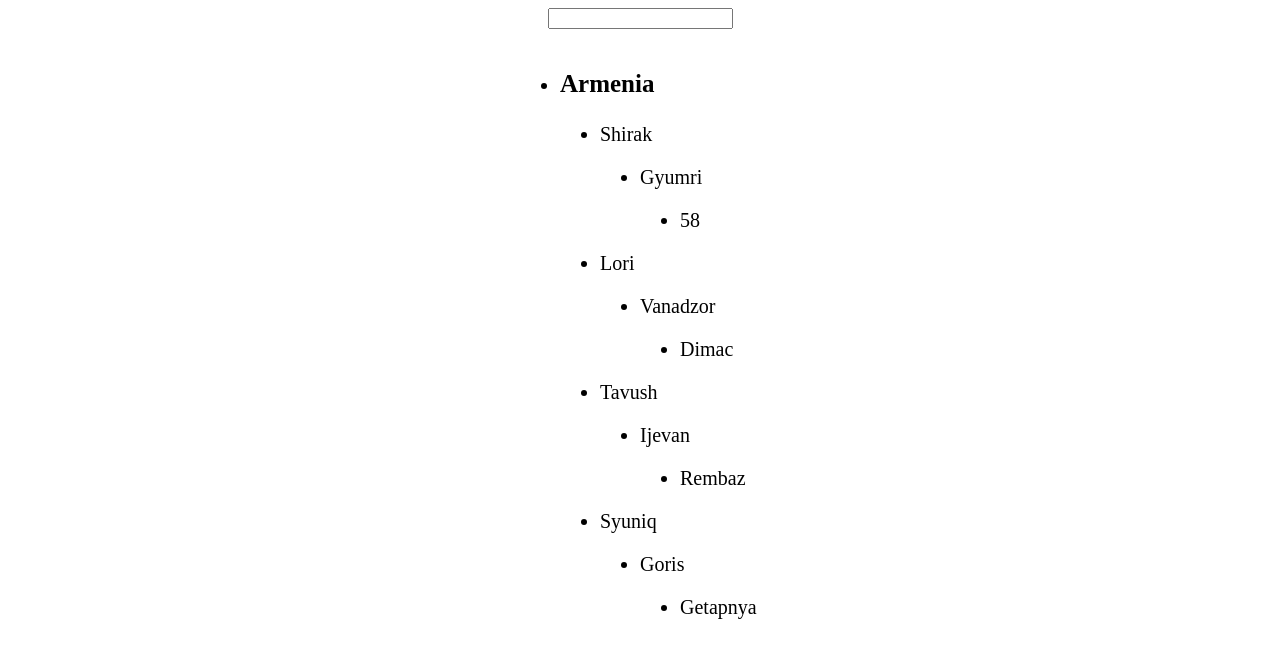
Repository: Seryozha02/DOM
Page: index.html
These files come from the project's save history. The page is drawn as it stood at one moment and after a run of saves; the edit follows.
The browser window is 1280 px wide. The pictures show the whole page.

Above is the page before, as saved 2022-09-19 18:04:31.

After the next 2 saves:
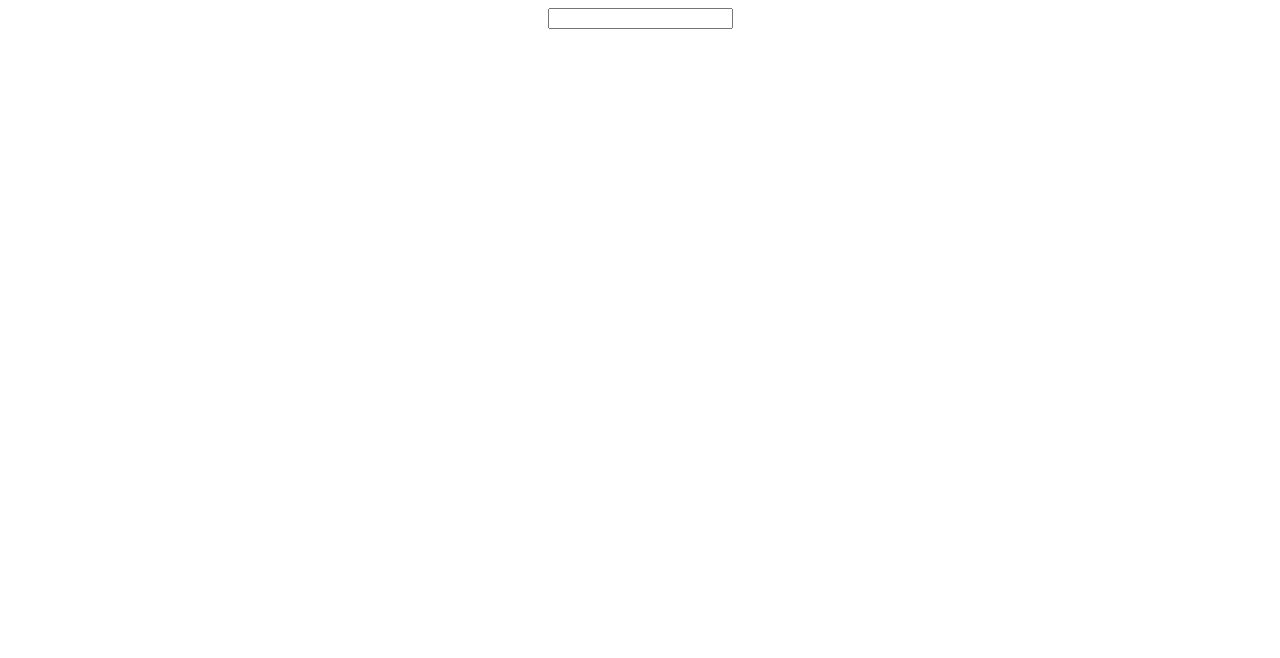
Console error: SyntaxError: Unexpected token '}'
The 2 saves are shown as one change because they came seconds apart.
The last was saved 99 s later.
--- a/script.js
+++ b/script.js
@@ -92,8 +92,7 @@
 let list = document.querySelectorAll("p")
 function find(value){
 list.forEach(p => {
-  p.style.borderBottom = 'none'
-  p.style.color = 'black'
+ p.
 })
 list.forEach(p => {
   let text = p.innerText.toLowerCase()

After the 2 saves that followed:
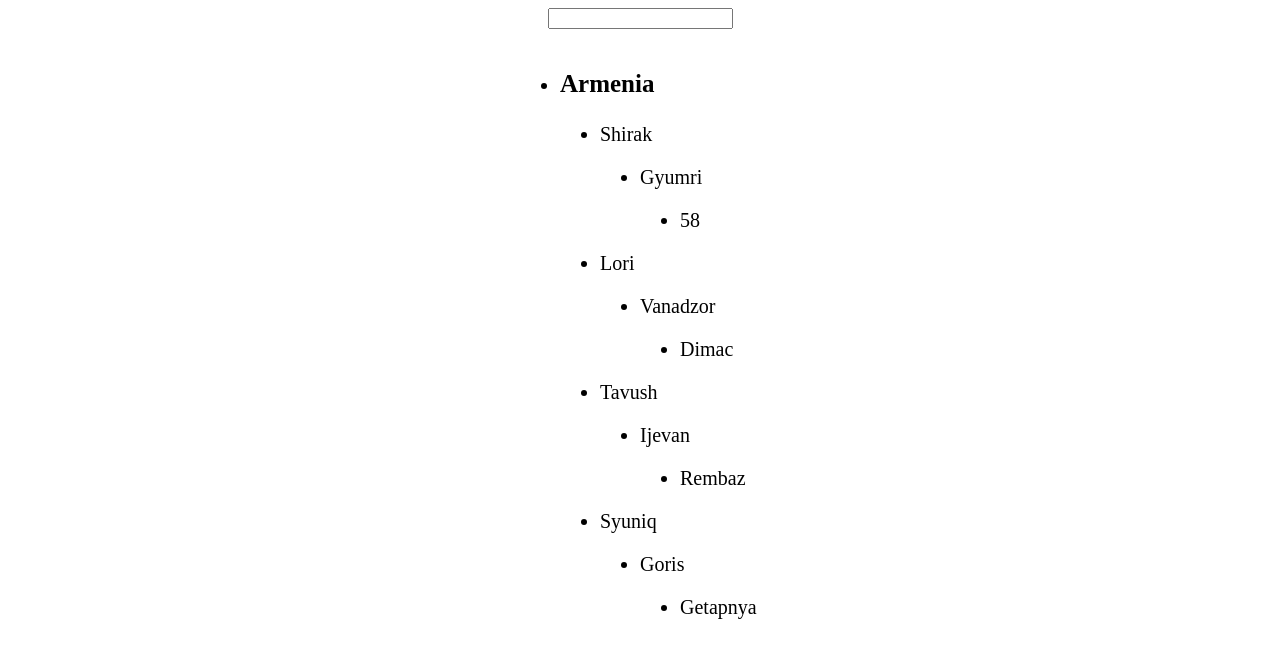
The error is gone.
The 2 saves are shown as one change because they came seconds apart.
The last was saved 9 s later.
--- a/script.js
+++ b/script.js
@@ -92,7 +92,7 @@
 let list = document.querySelectorAll("p")
 function find(value){
 list.forEach(p => {
- p.
+ p.style.block
 })
 list.forEach(p => {
   let text = p.innerText.toLowerCase()
